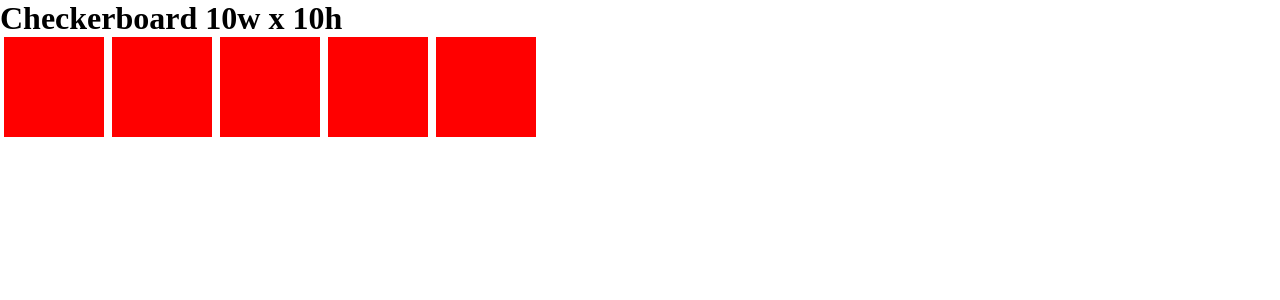
Repository: bchang1213/javaEE
Page: http://localhost/Checkerboard/view.jsp
An editor plug-in stored every save of this project. The page is shown before and after the next save, followed by the edit.
The browser window is 1280 px wide. The pictures show the whole page.
The page is served by Tomcat 9.

Above is the page before, as saved 2017-10-05 20:19:59.

After the next save:
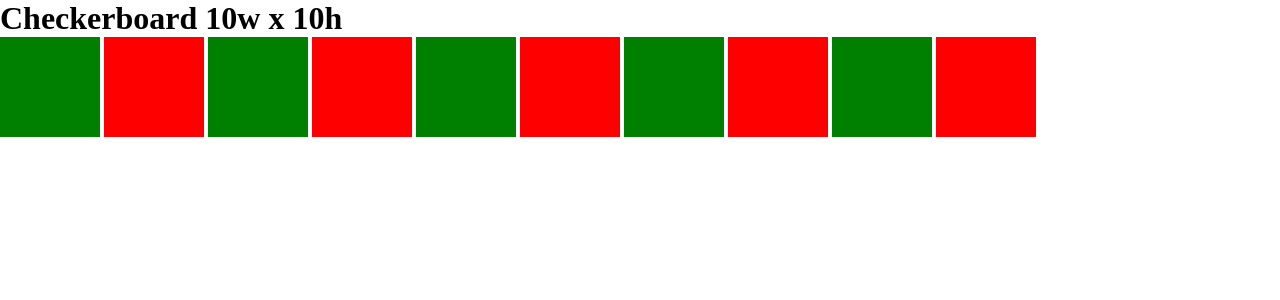
Saved 24 s later.
--- a/Checkerboard/WebContent/style.css
+++ b/Checkerboard/WebContent/style.css
@@ -7,7 +7,7 @@ div.block{
 	display: inline-block;
 }
 
-=div.block:nth-child(even){
+div.block:nth-child(even){
 	width:100px;
 	height: 100px;
 	background-color:green;
